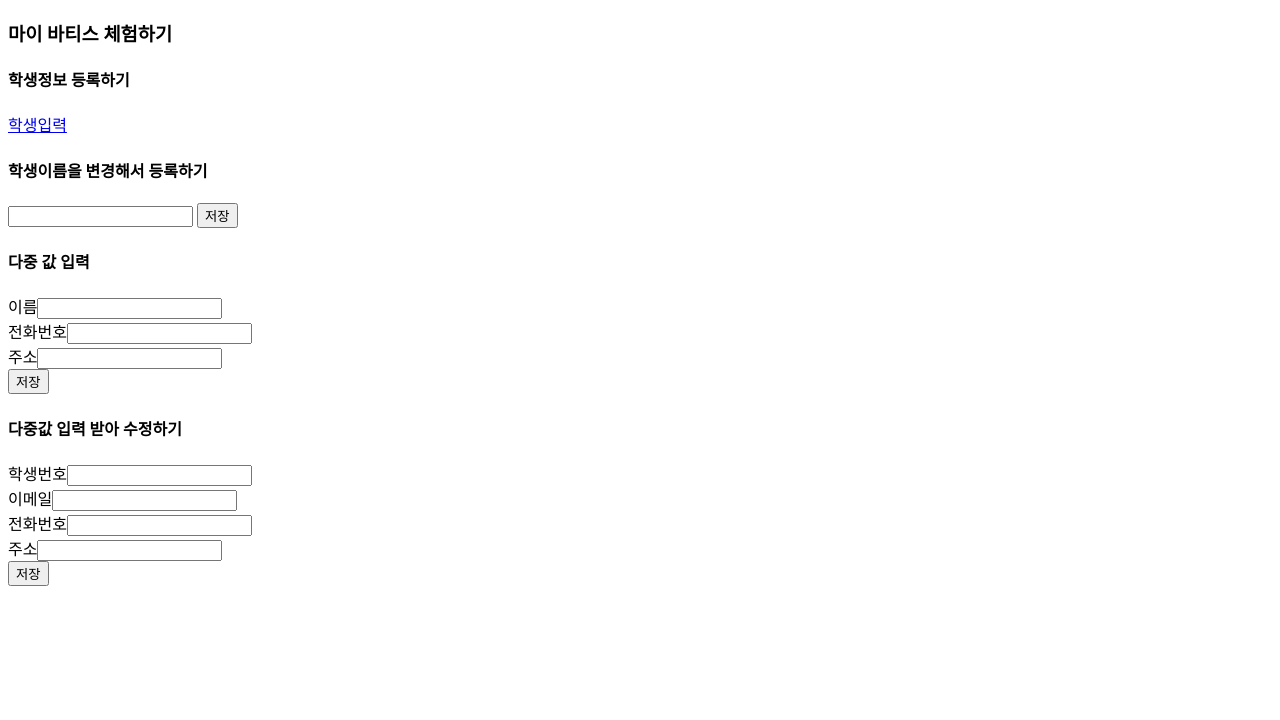
Repository: Jiwon-cho/Mybatis_Practice
Page: http://localhost/01_mybatis/
The author's editor kept a copy of each file at every save. The page is drawn from the files as they stood at one save, then again after the next save.
The browser window is 1280 px wide. The pictures show the whole page.
The page is served by Tomcat 9. Other server files are loaded and not shown.

Above is the page before, as saved 2021-06-23 10:47:50.

### 01_mybatis/web/index.jsp
<%@ page language="java" contentType="text/html; charset=UTF-8"
    pageEncoding="UTF-8"%>
<%@ taglib prefix="c" uri="http://java.sun.com/jsp/jstl/core" %>
<%@ taglib prefix="fmt" uri="http://java.sun.com/jsp/jstl/fmt" %>
<%@ taglib prefix="fn" uri="http://java.sun.com/jsp/jstl/functions" %>
<c:set var="path" value="${pageContext.request.contextPath }"/>
<!DOCTYPE html>
<html>
<head>
<meta charset="UTF-8">
<title>마이바티스 사용하기</title>
</head>
<body>
	<h3>마이 바티스 체험하기</h3>
	<h4>학생정보 등록하기</h4>
	<a href="${path }/insertStudent">학생입력</a>
	<h4>학생이름을 변경해서 등록하기</h4>
	<form action="${path }/insertStudentName" method="post">
	<input type="text" name="name">
	<input type="submit" value="저장">
	</form>
	<h4>다중 값 입력</h4>
	<form action="${path }/insertStudentData" method="post">
	이름<input type="text" name="name"><br>
	전화번호<input type="text" name="phone"><br>
	주소<input type="text" name="addr"><br>
	<input type="submit" value="저장">
	</form>

	<h4>다중값 입력 받아 수정하기</h4>
	<form action="${path }/updateStudent" method="post">
	학생번호<input type="number" name="no"><br>
	이메일<input type="text" name="email"><br>
	전화번호<input type="text" name="phone"><br>
	주소<input type="text" name="addr"><br>
	<input type="submit" value="저장">
	</form>

</body>
</html>

After the next save:
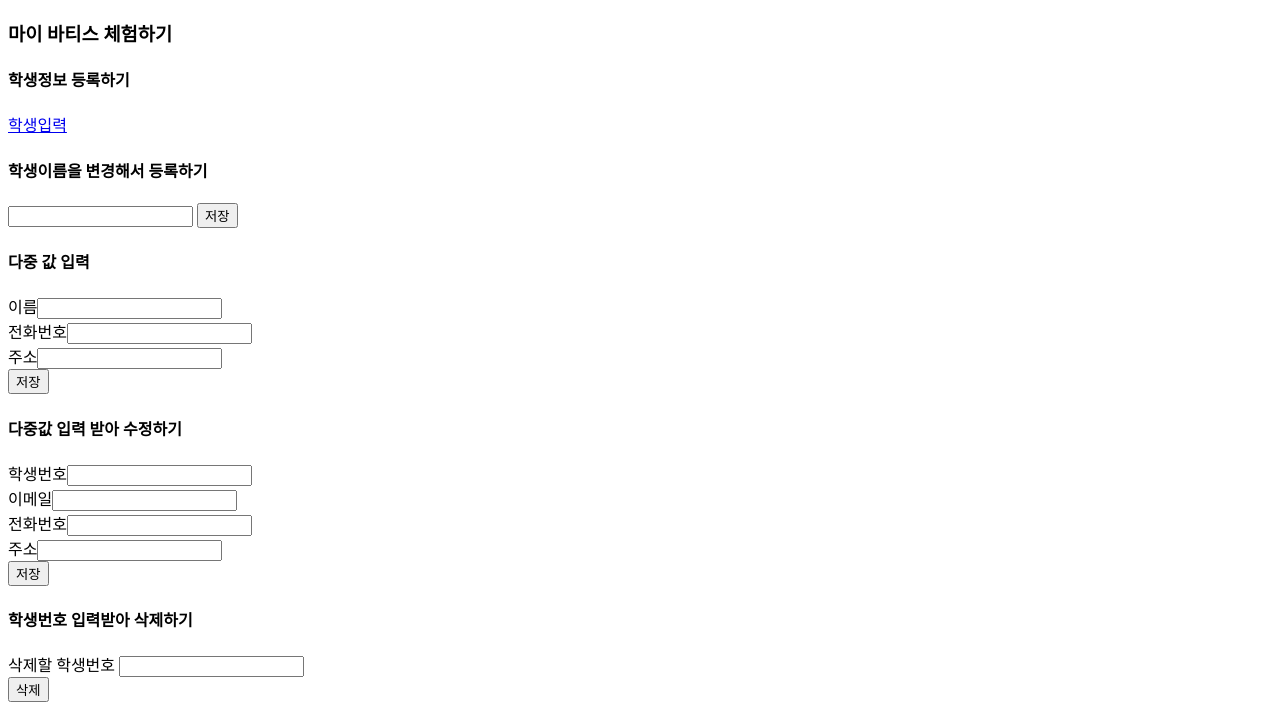
Saved 12 s later.
--- a/01_mybatis/web/index.jsp
+++ b/01_mybatis/web/index.jsp
@@ -35,6 +35,10 @@
 	주소<input type="text" name="addr"><br>
 	<input type="submit" value="저장">
 	</form>
-
+	<h4>학생번호 입력받아 삭제하기</h4>
+	<form action="${path }/deleteStudent" method="post">
+		삭제할 학생번호 <input type="number" name="no"><br>
+		<input type="submit" value="삭제">
+	</form>
 </body>
 </html>
